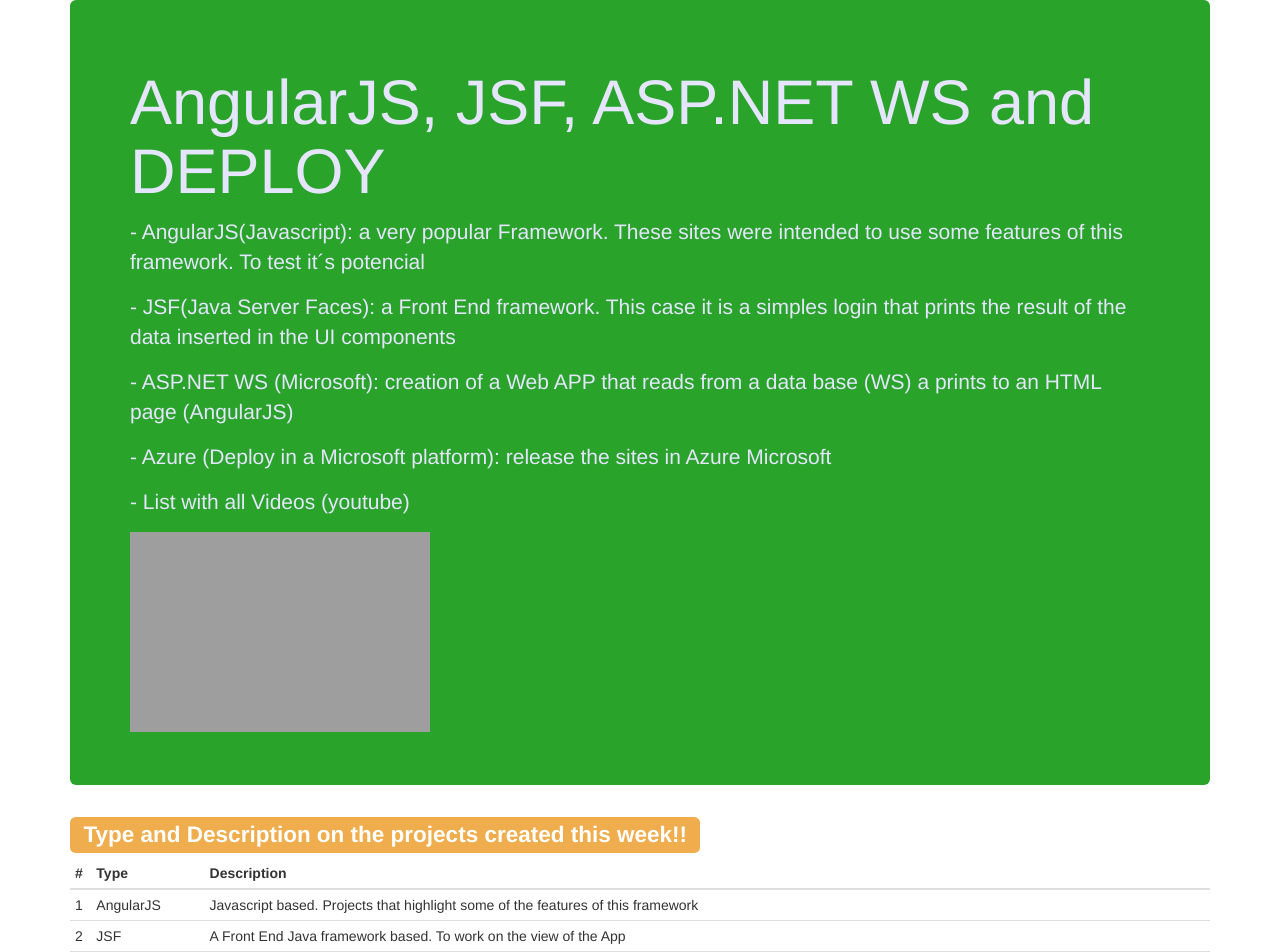
Repository: atafs/Deploy_GoogleAppEngine_webAPPS
Page: Project_002_Deploy_americotomasLIB/war/index.html
These files come from the project's save history. The page is drawn as it stood at one moment and after the next save; the edit follows.
The browser window is 1280 px wide. The pictures show the part of the page from y = 0 to 952 px (the page is 2614 px tall before and 2545 px after).
Pictures or frames that could not be fetched are drawn as grey boxes.

Above is the page before, as saved 2016-02-04 17:07:20.
Console error (its wording comes from the project's code and is left out).

### Project_002_Deploy_americotomasLIB/war/index.html
<!DOCTYPE html>
<html lang="en">
<head>
<meta charset="utf-8">
<meta http-equiv="X-UA-Compatible" content="IE=edge">
<meta name="viewport" content="width=device-width, initial-scale=1">
<!-- The above 3 meta tags *must* come first in the head; any other head content must come *after* these tags -->
<meta name="description" content="">
<meta name="author" content="">
<link rel="icon" href="../../favicon.ico">

<title>AmericoTomas Proj</title>

</head>
<body role="document">
	<div class="container theme-showcase" role="main">
		<!-- Main jumbotron for a primary marketing message or call to action -->
		<div style="background-color: #29a329; color: #e5e5ff" class="jumbotron">
			<h1>AngularJS, JSF, ASP.NET WS and DEPLOY</h1>
			<p>- AngularJS(Javascript): a very popular Framework. These sites were intended to use some features of this framework. To test it´s potencial</p>
			<p>- JSF(Java Server Faces): a Front End framework. This case it is a simples login that prints the result of the data inserted in the UI components</p>
			<p>- ASP.NET WS (Microsoft): creation of a Web APP that reads from a data base (WS) a prints to an HTML page (AngularJS)</p>
			<p>- Azure (Deploy in a Microsoft platform): release the sites in Azure Microsoft </p>

			<p>- List with all Videos (youtube)</p>
			<iframe width="300" height="200" src="https://www.youtube.com/embed/videoseries?list=PLBaNeIDelX0LWugK_EMfT9q_S85-bH_qY" frameborder="0" allowfullscreen></iframe>
		</div>
		<h2>
			<span class="label label-warning">Type and Description on the
				projects created this week!!</span>
		</h2>
		<div class="row-md-6">
			<table class="table table-condensed">
				<thead>
					<tr>
						<th>#</th>
						<th>Type</th>
						<th>Description</th>
					</tr>
				</thead>
				<tbody>
					<tr>
						<td>1</td>
						<td>AngularJS</td>
						<td>Javascript based. Projects that highlight some of the features of this framework </td>
					</tr>
					<tr>
						<td>2</td>
						<td>JSF</td>
						<td>A Front End Java framework based. To work on the view of the App</td>
					</tr>
					<tr>
						<td>3</td>
						<td>ASP.NET WS</td>
						<td>Another Web App. In this case, using a different IDE (visualStudio). SQL Server to store the data and a WS to retrieve it automatically. </td>
					</tr>
					<tr>
						<td>4</td>
						<td>Azure</td>
						<td>Testing the abilities of deployment of Microsoft through Azure</td>
					</tr>
				</tbody>
			</table>
		</div>
		<div class="row"></div>
		<!-- /.col-sm-4 -->
		<div class="row-sm-4"  style="text-align: center">
			<div class="panel panel-info">
				<div class="panel-heading">
					<h3 class="panel-title">1- AngularJS</h3>
				</div>
				<div class="panel-body">
					<h2>
						<span class="label label-primary" style="color: white;">FrontEnd_JS_Angular - Proj01-14</span>
					</h2>
					<iframe width="560" height="315" src="https://www.youtube.com/embed/Ko11xbZfoR0?list=PLBaNeIDelX0LWugK_EMfT9q_S85-bH_qY" frameborder="0" allowfullscreen></iframe>
			</div>

			<div class="panel panel-info">
				<div class="panel-heading">
					<h3 class="panel-title">2- Java Server Faces</h3>
				</div>
				<div class="panel-body">
					<div>
						<h2>
							<span class="label label-primary" style="color: white;">FrontEnd_Java_JSF - Proj01-02</span>
						</h2>
						<iframe width="560" height="315" src="https://www.youtube.com/embed/knD61DM7_cI?list=PLBaNeIDelX0LWugK_EMfT9q_S85-bH_qY" frameborder="0" allowfullscreen></iframe>
					</div>
				</div>
			</div>
			<div class="panel panel-info">
				<div class="panel-heading">
					<h3 class="panel-title">ASP.NET WS</h3>
				</div>
				<div class="panel-body">
					<h2>
						<span class="label label-primary" style="color: white;">BackEnd_C-Sharp_ASP_NET_WS_AngularJS - Proj01-02</span>
					</h2>
					<iframe width="560" height="315" src="https://www.youtube.com/embed/n4GIGLrWXkw?list=PLBaNeIDelX0LWugK_EMfT9q_S85-bH_qY" frameborder="0" allowfullscreen></iframe>
				</div>
			</div>
			<div class="panel panel-info">
				<div class="panel-heading">
					<h3 class="panel-title">4- Sites of these APPS</h3>
				</div>
				<div class="panel-body">
					<div>
						<p>Build and Deploy:</p>
						<a href="https://3-dot-project001deploybootstrapsite.appspot.com/">Version 03</a> <br/>
						<a href="https://1-dot-project001deploybootstrapsite.appspot.com/">Version 01</a> <br/>
					</div>
				</div>
			</div>
		</div>
	</div>
	<!-- /container -->

	<!-- Latest compiled and minified CSS -->
	<link rel="stylesheet"
		href="https://maxcdn.bootstrapcdn.com/bootstrap/3.3.6/css/bootstrap.min.css"
		integrity="sha384-1q8mTJOASx8j1Au+a5WDVnPi2lkFfwwEAa8hDDdjZlpLegxhjVME1fgjWPGmkzs7"
		crossorigin="anonymous">

	<!-- Optional theme -->
	<link rel="stylesheet"
		href="https://maxcdn.bootstrapcdn.com/bootstrap/3.3.6/css/bootstrap-theme.min.css"
		integrity="sha384-fLW2N01lMqjakBkx3l/M9EahuwpSfeNvV63J5ezn3uZzapT0u7EYsXMjQV+0En5r"
		crossorigin="anonymous">

	<!-- Latest compiled and minified JavaScript -->
	<script
		src="https://maxcdn.bootstrapcdn.com/bootstrap/3.3.6/js/bootstrap.min.js"
		integrity="sha384-0mSbJDEHialfmuBBQP6A4Qrprq5OVfW37PRR3j5ELqxss1yVqOtnepnHVP9aJ7xS"
		crossorigin="anonymous"></script>
</body>
</html>

After the next save:
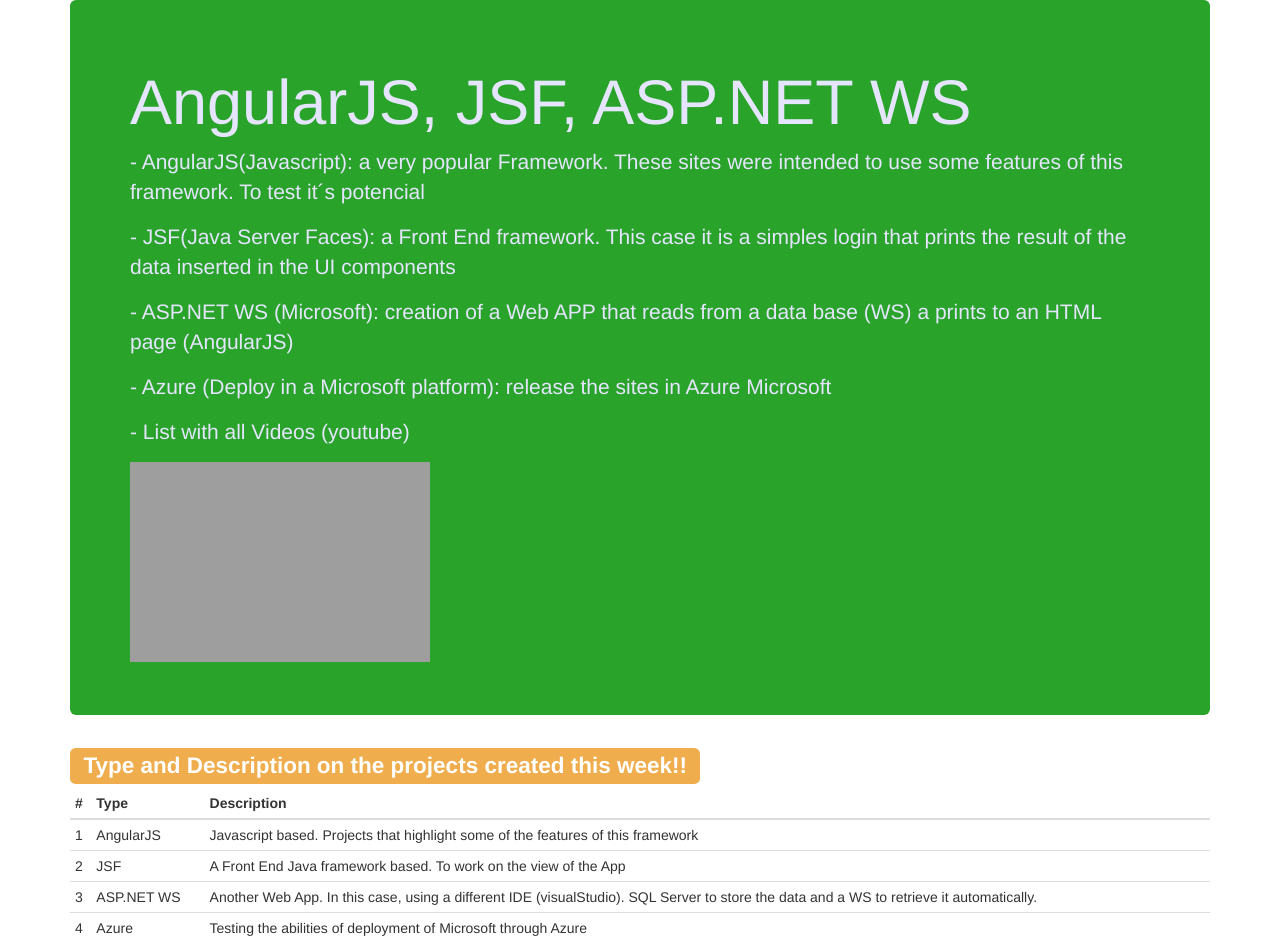
Saved 25 s later.
--- a/Project_002_Deploy_americotomasLIB/war/index.html
+++ b/Project_002_Deploy_americotomasLIB/war/index.html
@@ -16,7 +16,7 @@
 	<div class="container theme-showcase" role="main">
 		<!-- Main jumbotron for a primary marketing message or call to action -->
 		<div style="background-color: #29a329; color: #e5e5ff" class="jumbotron">
-			<h1>AngularJS, JSF, ASP.NET WS and DEPLOY</h1>
+			<h1>AngularJS, JSF, ASP.NET WS</h1>
 			<p>- AngularJS(Javascript): a very popular Framework. These sites were intended to use some features of this framework. To test it´s potencial</p>
 			<p>- JSF(Java Server Faces): a Front End framework. This case it is a simples login that prints the result of the data inserted in the UI components</p>
 			<p>- ASP.NET WS (Microsoft): creation of a Web APP that reads from a data base (WS) a prints to an HTML page (AngularJS)</p>
